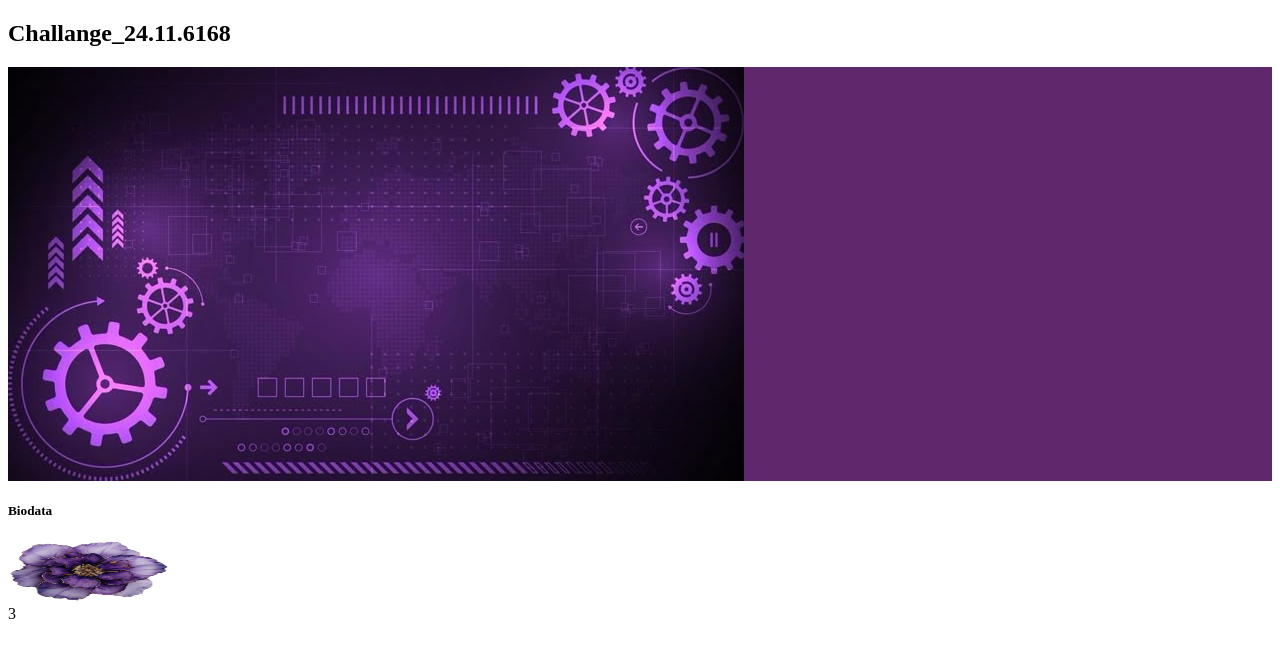
Repository: Ms-Ulfiyahrustam/p5_pemogramanweb
Page: index.html
The author's editor kept a copy of each file at every save. The page is drawn from the files as they stood at one save, then again after the next save.
The browser window is 1280 px wide. The pictures show the whole page.

Above is the page before, as saved 2026-04-27 09:16:52.

### index.html
<!DOCTYPE html>
<html lang="en">
<head>
    <meta charset="UTF-8">
    <meta name="viewport" content="width=device-width, initial-scale=1.0">
    <link rel="stylesheet" href="style.css">
    <title>Document</title>
</head>
<body class="">
    <h2>Challange_24.11.6168</h2>
    <div class="flex-container">
        <img src="download.jpg" alt="">
    </div>
    <div >
        <h5>Biodata</h5>
        <img src="purple.jpg" alt="" width="160" height="60" >
    </div>
    <div>3</div>
</body>
</html>

### style.css


.flex-container > div {
    background-color : white;
    margin: 10px;
    padding: 20px;
    font-size: 30;
}


.flex-container{
    display: flex;
    background-color: rgb(95, 40, 109);
    margin: auto;
}

After the next save:
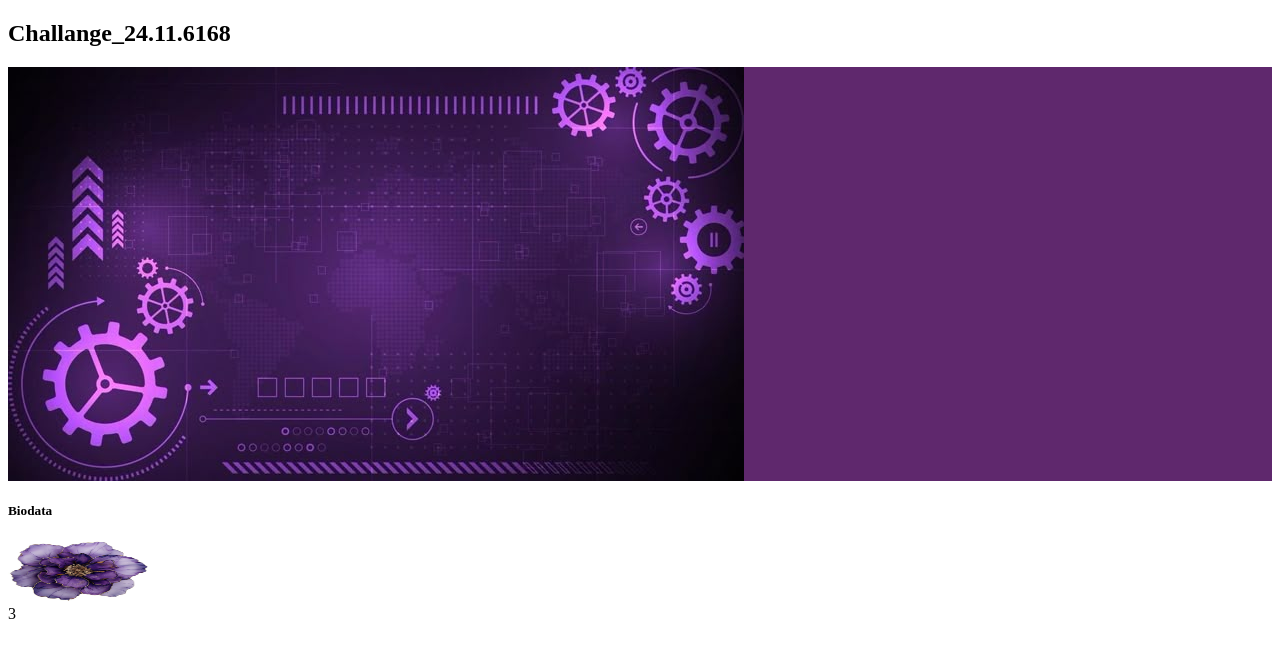
Saved 7 s later.
--- a/index.html
+++ b/index.html
@@ -13,7 +13,7 @@
     </div>
     <div >
         <h5>Biodata</h5>
-        <img src="purple.jpg" alt="" width="160" height="60" >
+        <img src="purple.jpg" alt="" width="140" height="60" >
     </div>
     <div>3</div>
 </body>
